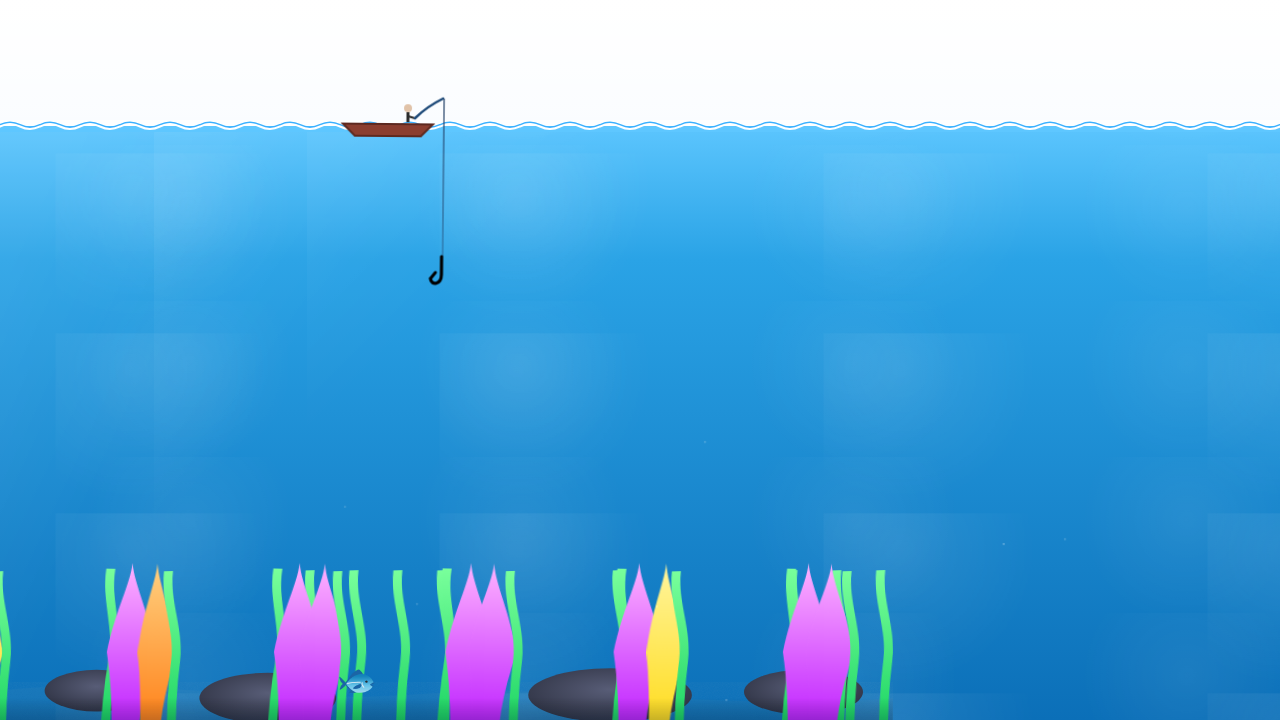
Repository: DeepFriedTurkey441/fd_game_project
Page: index.html
The author's editor kept a copy of each file at every save. The page is drawn from the files as they stood at one save, then again after the next save.
The browser window is 1280 px wide. The pictures show the whole page.

Above is the page before, as saved 2025-09-23 10:22:19.

### index.html
<!DOCTYPE html>
<html lang="en">
<head>
  <meta charset="UTF-8">
  <title>Fish Dodge</title>
  <link rel="stylesheet" href="style.css">
</head>
<body>
  <div id="game">
    <div id="air" aria-hidden="true"></div>
    <div id="waterline" aria-hidden="true"></div>
    <!-- Decorative background layers (non-interactive) -->
    <div id="light-rays" aria-hidden="true"></div>
    <div id="caustics" aria-hidden="true"></div>
    <!-- Realistic aquarium background (SVG) built from reusable symbols -->
    <svg id="aquarium-bg" viewBox="0 0 1200 600" preserveAspectRatio="none" aria-hidden="true">
      <defs>
        <!-- gradients -->
        <linearGradient id="sandGrad" x1="0" y1="0" x2="0" y2="1">
          <stop offset="0%" stop-color="#f8ebc9"/>
          <stop offset="60%" stop-color="#e7d2a2"/>
          <stop offset="100%" stop-color="#c6a773"/>
        </linearGradient>
        <radialGradient id="rockGrad" cx="50%" cy="40%" r="60%">
          <stop offset="0%" stop-color="#585d77"/>
          <stop offset="100%" stop-color="#303445"/>
        </radialGradient>
        <linearGradient id="leafGreen" x1="0" y1="1" x2="0" y2="0">
          <stop offset="0%" stop-color="#006a2e"/>
          <stop offset="55%" stop-color="#00c853"/>
          <stop offset="100%" stop-color="#79ff9b"/>
        </linearGradient>
        <linearGradient id="leafRed" x1="0" y1="1" x2="0" y2="0">
          <stop offset="0%" stop-color="#8b0018"/>
          <stop offset="55%" stop-color="#ff1744"/>
          <stop offset="100%" stop-color="#ff9aa6"/>
        </linearGradient>
        <linearGradient id="leafPurple" x1="0" y1="1" x2="0" y2="0">
          <stop offset="0%" stop-color="#3b0090"/>
          <stop offset="55%" stop-color="#b000ff"/>
          <stop offset="100%" stop-color="#ffb3ff"/>
        </linearGradient>
        <linearGradient id="leafYellow" x1="0" y1="1" x2="0" y2="0">
          <stop offset="0%" stop-color="#b38f00"/>
          <stop offset="55%" stop-color="#ffd600"/>
          <stop offset="100%" stop-color="#fff59d"/>
        </linearGradient>
        <linearGradient id="leafOrange" x1="0" y1="1" x2="0" y2="0">
          <stop offset="0%" stop-color="#e65100"/>
          <stop offset="55%" stop-color="#ff6d00"/>
          <stop offset="100%" stop-color="#ffd180"/>
        </linearGradient>
        <!-- subtle sand grain -->
        <filter id="grain" x="-10%" y="-10%" width="120%" height="120%">
          <feTurbulence type="fractalNoise" baseFrequency="0.9" numOctaves="2" result="noise"/>
          <feColorMatrix type="saturate" values="0" in="noise" result="gn"/>
          <feBlend in="SourceGraphic" in2="gn" mode="multiply"/>
          <feComponentTransfer>
            <feFuncA type="linear" slope="0.06"/>
          </feComponentTransfer>
        </filter>
        <!-- plant blade symbol (curved) -->
        <symbol id="plantBlade" viewBox="0 0 20 200">
          <path d="M10 200 C 14 130, 4 90, 12 40 C 14 26, 8 14, 10 0" fill="none" stroke="url(#leafGreen)" stroke-width="4" stroke-linecap="round"/>
        </symbol>
        <!-- broad leaf symbol -->
        <symbol id="leafBroad" viewBox="0 0 30 200">
          <path d="M15 200 C 28 130, 8 90, 26 40 C 22 20, 16 10, 15 0 C 14 10, 8 20, 4 40 C 12 90, -2 130, 15 200 Z" fill="url(#leafPurple)"/>
        </symbol>
        <!-- red leaf symbol -->
        <symbol id="leafRedSym" viewBox="0 0 26 200">
          <path d="M13 200 C 22 120, 6 90, 20 40 C 18 18, 14 8, 13 0 C 12 8, 8 18, 6 40 C 10 90, 2 120, 13 200 Z" fill="url(#leafRed)"/>
        </symbol>
        <!-- yellow and orange leaf symbols -->
        <symbol id="leafYellowSym" viewBox="0 0 28 200">
          <path d="M14 200 C 26 130, 6 90, 24 40 C 20 20, 15 10, 14 0 C 13 10, 8 20, 6 40 C 12 90, 0 130, 14 200 Z" fill="url(#leafYellow)"/>
        </symbol>
        <symbol id="leafOrangeSym" viewBox="0 0 28 200">
          <path d="M14 200 C 26 130, 6 90, 24 40 C 20 20, 15 10, 14 0 C 13 10, 8 20, 6 40 C 12 90, 0 130, 14 200 Z" fill="url(#leafOrange)"/>
        </symbol>
      </defs>
      <!-- sand with gentle curvature and grain -->
      <path d="M0 560 C 180 540, 360 580, 560 565 C 780 548, 980 590, 1200 570 L 1200 600 L 0 600 Z" fill="url(#sandGrad)" filter="url(#grain)"/>
      <!-- rocks with gradient and shadow -->
      <g>
        <ellipse cx="130" cy="560" rx="70" ry="28" fill="url(#rockGrad)"/>
        <ellipse cx="360" cy="570" rx="92" ry="34" fill="url(#rockGrad)"/>
        <ellipse cx="820" cy="566" rx="110" ry="36" fill="url(#rockGrad)"/>
        <ellipse cx="1080" cy="562" rx="80" ry="30" fill="url(#rockGrad)"/>
      </g>
      <!-- background seagrass (dense filler) populated by script -->
      <g id="grass-back" transform="translate(0,0)"></g>
      <!-- dynamic plant clusters populated by script -->
      <g id="plants" transform="translate(0,0)"></g>
      <!-- bottom vignette (soft fade, no hard cutoff) -->
      <linearGradient id="bottomFog" x1="0" y1="0" x2="0" y2="1">
        <stop offset="0%" stop-color="rgba(0,0,0,0)"/>
        <stop offset="100%" stop-color="rgba(0,25,50,0.22)"/>
      </linearGradient>
      <rect x="0" y="570" width="1200" height="30" fill="url(#bottomFog)"/>
    </svg>
    <div class="boat" aria-label="small fishing boat" title="Fishing boat" style="left: 26vw;">
      <svg viewBox="0 0 120 60" xmlns="http://www.w3.org/2000/svg" aria-hidden="true">
        <!-- hull -->
        <path d="M10 40 L100 40 L88 52 L22 52 Z" fill="#8b3e2f" stroke="#5e291f" stroke-width="2"/>
        <!-- fisherman (simple) -->
        <circle cx="75" cy="24" r="4" fill="#e0c2a8"/>
        <path id="arm" d="M75 28 L75 38" stroke="#2b2b2b" stroke-width="3"/>
        <path id="rod" d="M75 32 L82 34" stroke="#2b2b2b" stroke-width="2"/>
        <!-- fishing rod (angled out over water) -->
        <path d="M82 34 Q 94 22 110 14" stroke="#1f4b7a" stroke-width="2.5" fill="none" stroke-linecap="round"/>
      </svg>
      <div class="line" aria-hidden="true"></div>
      <svg class="hook" aria-hidden="true" viewBox="0 0 24 36">
        <!-- J‑shaped hook: black stroke, no fill -->
        <path d="M16 2 V20 C16 30 6 32 5 24" fill="none" stroke="#000" stroke-width="3.2" stroke-linecap="round"/>
        <!-- Barb -->
        <path d="M6 23 L10 18" fill="none" stroke="#000" stroke-width="3" stroke-linecap="round"/>
      </svg>
    </div>
    <div id="fish" aria-label="fish"><span class="sprite" aria-hidden="true">🐟</span></div>
    <!-- Soft ambient bubbles -->
    <div id="bubbles" aria-hidden="true"></div>
  </div>
  <script src="script.js"></script>
</body>
</html>

### style.css
/* Basic starter styling */
body {
    margin: 0;
    font-family: sans-serif;
    background-color: #0a3454;
    color: #fff;
  }

#game {
    position: relative;
    width: 100vw;
    height: 100vh;
    overflow: hidden;
    background: linear-gradient(#f9fbff 0%, #eaf3ff 16.66%, #5ec7ff 16.66%, #2aa3e6 36%, #0b6fb8 100%);
  }

/* Air overlay (top 1/6) to ensure a whitish sky */
#air {
    position: absolute;
    left: 0; right: 0;
    top: 0;
    /* Extend slightly past the waterline so crests have white behind them */
    height: calc(100vh / 6 + 12px);
    background: linear-gradient(to bottom, rgba(255,255,255,0.98), rgba(255,255,255,0.75));
    z-index: 1;
    pointer-events: none;
  }

/* Waterline at 1/6 of the viewport height from the top */
#waterline {
    position: absolute;
    left: 0; right: 0;
    top: calc(100vh / 6);
    height: 12px;
    z-index: 2;
    pointer-events: none;
    /* Squiggly wave on top of a 2-color band: white above, light blue below */
    background:
      url("data:[embedded picture, 376 characters]") repeat-x center,
      linear-gradient(to bottom, rgba(255,255,255,0.98) 0%, rgba(255,255,255,0.98) 50%, rgba(94,199,255,1) 50%, rgba(94,199,255,1) 100%);
    background-size: 80px 12px, 100% 100%;
  }

/* Boat at surface */
  .boat {
    position: absolute;
    top: calc(100vh / 6 - 34px); /* float a bit higher above ripple */
    width: 120px; height: 60px;
    transform-origin: 50% 50%;
    animation: bob 3.2s ease-in-out infinite;
    z-index: 6; /* above reefs; fish swims under */
    pointer-events: none;
  }
  .boat svg { width: 100%; height: 100%; display: block; }
  /* (reverted) */

/* Realistic aquarium background container */
#aquarium-bg { position:absolute; left:0; right:0; bottom:0; height: 62vh; z-index:1; pointer-events:none; }
/* Plant sway animations */
.sway { animation: sway 6s ease-in-out infinite; transform-origin: 50% 100%; transform-box: fill-box; }
.sway.slow { animation-duration: 8.5s; }
.sway.fast { animation-duration: 4.5s; }
@keyframes sway {
  0% { transform: rotate(0deg); }
  25% { transform: rotate(2.2deg); }
  50% { transform: rotate(-2.8deg); }
  75% { transform: rotate(1.6deg); }
  100% { transform: rotate(0deg); }
}

/* God-rays */
#light-rays { position: absolute; left:0; right:0; top: calc(100vh/6); bottom:0; pointer-events:none; z-index:1;
  background:
    linear-gradient(115deg, rgba(255,255,255,0.12) 10%, rgba(255,255,255,0.0) 35%) 0 0/40% 100% no-repeat,
    linear-gradient(125deg, rgba(255,255,255,0.10) 8%, rgba(255,255,255,0.0) 32%) 20% 0/40% 100% no-repeat,
    linear-gradient(135deg, rgba(255,255,255,0.08) 6%, rgba(255,255,255,0.0) 28%) 40% 0/40% 100% no-repeat;
  mix-blend-mode: screen;
  opacity: 0.5;
}

/* Caustic shimmer */
#caustics { position:absolute; left:0; right:0; top: calc(100vh/6); bottom:0; pointer-events:none; z-index:1;
  background: radial-gradient(circle at 20% 20%, rgba(255,255,255,0.08) 0%, rgba(255,255,255,0) 40%) 0 0/30% 30% repeat,
              radial-gradient(circle at 70% 40%, rgba(255,255,255,0.06) 0%, rgba(255,255,255,0) 42%) 0 0/26% 26% repeat;
  animation: causticDrift 18s linear infinite;
}
@keyframes causticDrift {
  0% { background-position: 0 0, 0 0; }
  100% { background-position: 200px 120px, -160px 90px; }
}

/* Seafloor gradient to deepen bottom */
#seafloor { position:absolute; left:0; right:0; bottom:0; height: 16vh; pointer-events:none; z-index:1;
  background: linear-gradient(to bottom, rgba(0,0,0,0) 0%, rgba(0,0,0,0.25) 100%);
}
  .boat .line {
    position: absolute;
    left: 110px; /* exact rod tip in SVG coords */
    top: 14px;
    width: 2px;
    height: calc(100vh - (100vh / 6)); /* down to bottom */
    background: linear-gradient(to bottom, rgba(30,60,100,0.6), rgba(30,60,100,0.3));
    transform-origin: top;
    z-index: 4; /* between reefs and fish */
  }
  .boat .hook {
    position: absolute;
    left: 100px; /* adjusted for SVG viewBox */
    top: 14px;
    width: 24px; height: 36px;
    z-index: 5;
    display: block;
  }
  .boat .hook path { vector-effect: non-scaling-stroke; }

@keyframes bob {
  0%   { transform: translateY(0) rotate(-0.6deg); }
  50%  { transform: translateY(-2px) rotate(0.6deg); }
  100% { transform: translateY(0) rotate(-0.6deg); }
}

#fish {
    position: absolute;
    left: 24px;
    top: 50vh;
    transform: translateY(-50%);
    font-size: 32px;
    line-height: 1;
    user-select: none;
    z-index: 5;
  }
/* Ambient bubbles */
#bubbles { position:absolute; left:0; right:0; top: calc(100vh/6); bottom:0; pointer-events:none; z-index:2; }
#bubbles::before, #bubbles::after { content:""; position:absolute; left:10%; bottom:6vh; width:2px; height:2px; background:transparent;
  box-shadow:  0 0 0 0 rgba(255,255,255,0.7),
               40vw 10vh 0 0 rgba(255,255,255,0.6),
               20vw 30vh 0 0 rgba(255,255,255,0.5),
               65vw 22vh 0 0 rgba(255,255,255,0.6),
               80vw 12vh 0 0 rgba(255,255,255,0.5),
               15vw 18vh 0 0 rgba(255,255,255,0.5);
  animation: bubbleUp 8s linear infinite;
}
#bubbles::after { left:35%; animation-duration: 12s; opacity:0.8; }
@keyframes bubbleUp {
  0% { transform: translateY(0) scale(1); opacity: 0.0; }
  10% { opacity: 0.6; }
  100% { transform: translateY(-70vh) scale(1.2); opacity: 0; }
}
  #fish .sprite { display: inline-block; font-size: 32px; width: 1em; height: 1em; }
  /* Emoji orientation mappings */
  /* Most platforms render 🐟 facing left by default (head on left). */
  #fish .face-left { transform: scaleX(1); }
  #fish .face-right { transform: scaleX(-1); }

Loaded but not shown: script.js (381 lines, source omitted)

After the next save:
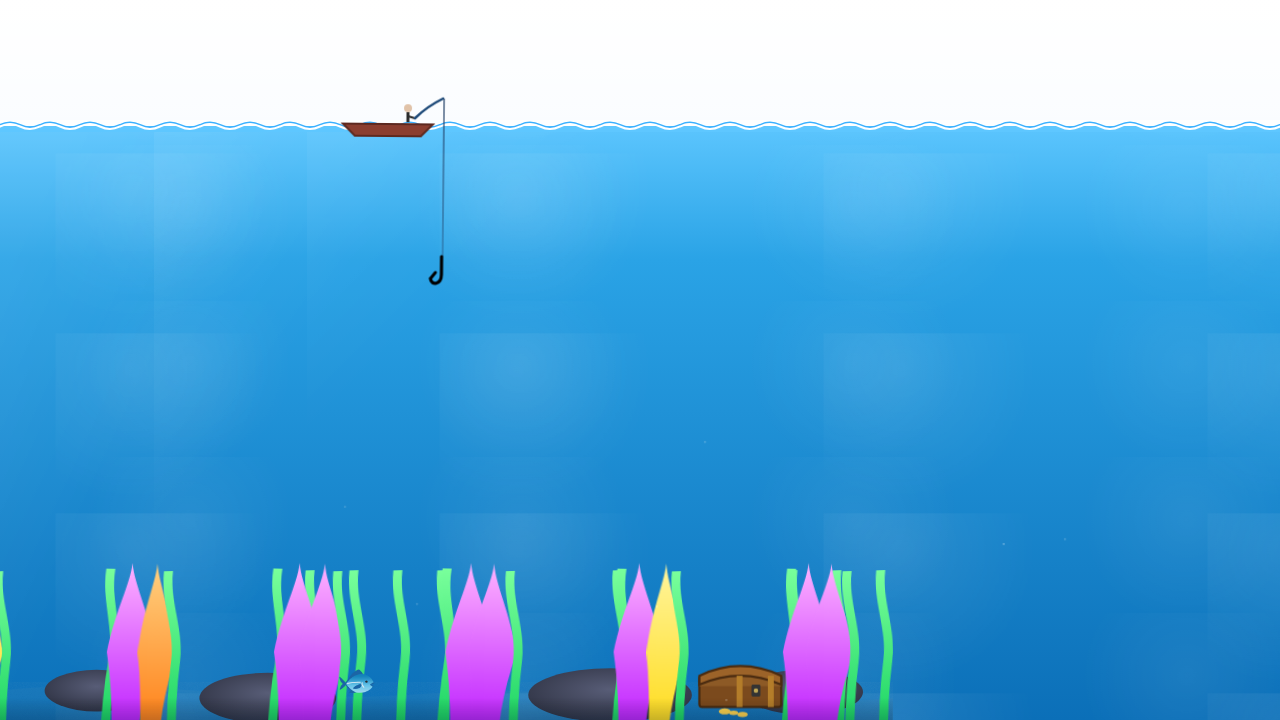
Saved 19 s later.
--- a/index.html
+++ b/index.html
@@ -92,6 +92,28 @@
       <g id="grass-back" transform="translate(0,0)"></g>
       <!-- dynamic plant clusters populated by script -->
       <g id="plants" transform="translate(0,0)"></g>
+      <!-- treasure chest at right-bottom third -->
+      <g id="treasure" transform="translate(980, 520)">
+        <g>
+          <!-- base chest -->
+          <rect x="-40" y="20" width="110" height="42" rx="4" ry="4" fill="#7b4a1d" stroke="#4a2b10" stroke-width="3"/>
+          <rect x="-40" y="20" width="110" height="14" fill="#8d5a26"/>
+          <!-- lid -->
+          <path d="M-40 20 Q 15 -6 70 20 L 70 32 Q 15 8 -40 32 Z" fill="#9c6329" stroke="#4a2b10" stroke-width="3"/>
+          <!-- banding -->
+          <rect x="10" y="20" width="8" height="42" fill="#b47d2a"/>
+          <rect x="52" y="20" width="8" height="42" fill="#b47d2a"/>
+          <!-- lock -->
+          <rect x="30" y="32" width="12" height="16" rx="2" ry="2" fill="#333"/>
+          <circle cx="36" cy="40" r="3" fill="#c1a857"/>
+        </g>
+        <!-- a few coins spilling out -->
+        <g fill="#ffd34d">
+          <ellipse cx="-6" cy="68" rx="8" ry="4"/>
+          <ellipse cx="6" cy="70" rx="6" ry="3"/>
+          <ellipse cx="18" cy="72" rx="7" ry="3.5"/>
+        </g>
+      </g>
       <!-- bottom vignette (soft fade, no hard cutoff) -->
       <linearGradient id="bottomFog" x1="0" y1="0" x2="0" y2="1">
         <stop offset="0%" stop-color="rgba(0,0,0,0)"/>
